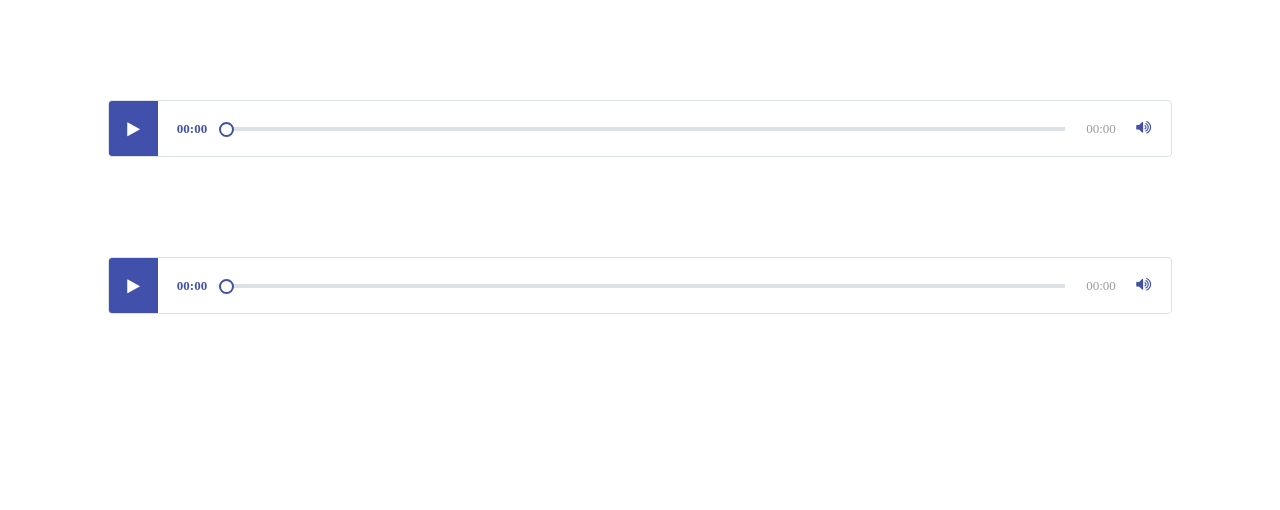
Repository: mitzbarbie/-jQuery-AudioPlayer-plugin
Page: index.html
The author's editor kept a copy of each file at every save. The page is drawn from the files as they stood at one save, then again after the next save.
The browser window is 1280 px wide. The pictures show the whole page.

Above is the page before, as saved 2021-11-26 17:26:31.

### index.html
<!DOCTYPE html>
<html lang="en">
  <head>
    <meta charset="UTF-8" />
    <meta http-equiv="X-UA-Compatible" content="IE=edge" />
    <meta name="viewport" content="width=device-width, initial-scale=1.0" />
    <title>Document</title>
    <link rel="stylesheet" href="style.css" />
    <link
      rel="stylesheet"
      href="https://cdnjs.cloudflare.com/ajax/libs/font-awesome/4.7.0/css/font-awesome.min.css"
    />
    <script
      src="https://code.jquery.com/jquery-3.6.0.min.js"
      integrity="sha256-/xUj+3OJU5yExlq6GSYGSHk7tPXikynS7ogEvDej/m4="
      crossorigin="anonymous"
    ></script>
  </head>
  <body>
    <div class="audio" style="margin: 100px"></div>
    <div class="audio" style="margin: 100px"></div>

    <script>
      $(document).ready(function () {
        $(".audio").audioPlayerUtils({
          songs: ["audioEx1.mp3"],
        });
      });
      $(document).ready(function () {
        $(".audio").audioPlayerUtils({
          songs: ["audioEx1.mp3"],
        });
      });
      $(document).ready(function () {
        $(".audio").audioPlayerUtils({
          songs: ["audioEx1.mp3"],
        });
      });
    </script>

    <script src="audioPlayer.js"></script>
  </body>
</html>

### style.css
.audioPlayer {
  display: flex;
  flex-direction: row;
  box-sizing: border-box;
  width: 100%;
  align-items: center;
  border: 1px solid #dde2e6;
  border-radius: 4px;
  background: #fff;
}

#playPauseBtn {
  display: flex;
  justify-content: center;
  align-items: center;
  width: 49px;
  height: 55px;
  border-radius: 3px 0 0 3px;
  background: #4050ab;
  cursor: pointer;
}

.pausing {
  vertical-align: center;
  background-color: #fff;
  justify-content: center;
  align-items: center;
  width: 45px;
  height: 51px;
  border-radius: 4px 0 0 4px;
  cursor: pointer;
  border: 2px solid #4050ab;
}

.pausing::before {
  display: flex;
  justify-content: center;
  align-items: center;
  margin-top: 17px;
}

.startTime {
  display: flex;
  margin-left: 14px;
  width: 40px;
  justify-content: center;
  font-size: 13px;
  font-weight: 700;
  color: #4050ab;
}

.endTime {
  display: flex;
  width: 40px;
}

#mainBar {
  background: #dde2e6;
  width: 100%;
  height: 4px;
  margin: 15px 15px;
  flex-basis: 0;
  flex-grow: 1;
  position: relative;
  border-radius: px;
  cursor: pointer;
}

#progressBar {
  background: #4050ab;
  height: 4px;
  width: 0px;
  cursor: pointer;
}

#play-head {
  display: flex;
  position: absolute;
  box-sizing: border-box;
  top: -5px;
  left: -8px;
  width: 15px;
  height: 15px;
  background: #fff;
  border: 2px solid #4050ab;
  cursor: pointer;
  border-radius: 50%;
}

.endTime {
  margin-left: 6px;
  margin-right: 10px;
  font-weight: 500;
  font-size: 13px;
  color: #999;
}

#volumeBtn {
  margin-right: 15px;
  margin-bottom: 2px;
  cursor: pointer;
}

#volumeBtn {
  margin-right: 20px;
}

### audioPlayer.js
(function ($, window, document, undefined) {
  $.fn.audioPlayerUtils = function (options) {
    var settings = $.extend({}, options);

    return this.each(function () {
      // developed an initial value of first building on page for HTML DOM init
      var htmlInit =
        '<div class="audioPlayer">\
            <a id="playPauseBtn">\
              <i class="fa fa-play playing" aria-hidden="true" style="color: #fff"></i>\
              <i class="fa fa-pause pausing" aria-hidden="true" style="display: none; color: #4050ab"></i>\
            </a>\
            <div class="startTime">00:00</div>\
            <div id="mainBar">\
              <div id="progressBar">\
                <div id="play-head"></div>\
              </div>\
            </div>\
            <div class="endTime">00:00</div>\
            <a id="volumeBtn">\
              <i class="fa fa-volume-up volume" style="color: #4050ab" aria-hidden="true" ></i>\
              <i class="fa fa-volume-off muting" aria-hidden="true" style="display: none; color: #fd4f1a; margin-right: 8px"></i>\
            </a>\
            <audio id="audioSource" class="audioSource">\
              <source src="" type="audio/mpeg" />\
            </audio>\
          </div>';

      var $this = $(this);
      $this.html(htmlInit);

      var $playPauseBtn = $this.find("#playPauseBtn"),
        $playBtn = $this.find(".playing"),
        $pauseBtn = $this.find(".pausing"),
        $startTime = $this.find(".startTime"),
        $endTime = $this.find(".endTime"),
        $mainBar = $this.find("#mainBar"),
        $progressBar = $this.find("#progressBar"),
        $playHead = $this.find("#play-head"),
        $volumeBtn = $this.find("#volumeBtn"),
        $muteBtn = $this.find(".volume"),
        $unmuteBtn = $this.find(".muting"),
        $audioSource = $this.find("#audioSource")[0];

      $audioSource.src = settings.songs[0];

      var isPlaying = false;
      var audioPlayer, onPlayHead, playerId, mainbar, playHead, timelineWidth;

      playController();
      muteController();
      headBall();

      // Play & Pause Controller / create event using by bind function
      function playController() {
        audioPlayer = $audioSource;
        audioPlayer.addEventListener("timeupdate", progressShow);
        audioPlayer.addEventListener("timeupdate", timeValue);
        $playPauseBtn.bind("click", function (event) {
          if (isPlaying) {
            $audioSource.pause();
            $playBtn.show();
            $pauseBtn.hide();
          } else {
            $audioSource.play();
            $playBtn.hide();
            $pauseBtn.show();
          }

          isPlaying = !isPlaying;
        });
      }

      // Mute & Unmute Controller / create event using by bind function
      function muteController() {
        $volumeBtn.bind("click", function (event) {
          if ($audioSource.muted) {
            $muteBtn.show();
            $unmuteBtn.hide();
          } else {
            $muteBtn.hide();
            $unmuteBtn.show();
          }

          $audioSource.muted = !$audioSource.muted;
        });
      }

      // Calculate current value of time and total value of length
      function calculateCurrentValue(currentTime) {
        var current_hour = parseInt(currentTime / 3600) % 24,
          current_minute = parseInt(currentTime / 60) % 60,
          current_seconds_long = currentTime % 60,
          current_seconds = current_seconds_long.toFixed(),
          current_time =
            (current_minute < 10 ? "0" + current_minute : current_minute) +
            ":" +
            (current_seconds < 10 ? "0" + current_seconds : current_seconds);

        return current_time;
      }

      function calculateTotalValue(length) {
        var minutes = parseInt(Math.floor(length / 60));
        if (isNaN(minutes)) {
          minutes = "00";
        }
        var seconds_int = parseInt(length - minutes * 60);
        if (isNaN(seconds_int)) {
          seconds_int = "00";
        }
        if (seconds_int < 10) {
          seconds_int = "0" + seconds_int;
        }
        var seconds_str = seconds_int.toString();
        var seconds = seconds_str.substr(0, 2);
        var time = minutes + ":" + seconds;

        return time;
      }

      // Calculate the audio live time value (start & end-time)
      function timeValue() {
        var length = audioPlayer.duration;
        var current_time = audioPlayer.currentTime;
        var currentTime = calculateCurrentValue(current_time);
        var totalLength = calculateTotalValue(length);

        $startTime.html(currentTime);
        $endTime.html(totalLength);
      }

      // Calculate the distance of progress-bar duration
      function progressShow() {
        var length = audioPlayer.duration;
        var current_time = audioPlayer.currentTime;
        var progressBar = $progressBar[0];
        var playhead = $playHead[0];
        var width = $mainBar.width();
        var size = width * (current_time / length);

        progressBar.style.width = size + "px";
        playhead.style.marginLeft = width * (current_time / length) + "px";
      }

      // Progress-bar / timeline (loading) & playhead
      function headBall() {
        onPlayHead = null;
        playerId = null;
        mainbar = $mainBar[0];
        progressBar = $progressBar[0];
        timelineWidth = mainbar.clientWidth - progressBar.clientHeight;

        mainbar.addEventListener("click", seek);
        progressBar.addEventListener("mousedown", drag);
        document.addEventListener("mouseup", mouseUp);
      }

      function seek(event) {
        var player = $audioSource;

        player.currentTime =
          player.duration * clickPercent(event, mainbar, timelineWidth);
      }

      function clickPercent(event, mainbar, timelineWidth) {
        return (event.clientX - getPosition(mainbar)) / timelineWidth;
      }

      function getPosition(el) {
        return el.getBoundingClientRect().left;
      }

      // Drag and drag options
      function drag(e) {
        var player = document.getElementById(playerId);
        audioPlayer.addEventListener("timeupdate", progressShow);
        audioPlayer.addEventListener("timeupdate", timeValue);
        onPlayHead = $(this).attr("id");
        playerId = $(this).find("audio").attr("class", "id");
        window.addEventListener("mousemove", dragOpts);
        player.addEventListener("timeupdate", timeUpdate);
      }

      function dragOpts(e) {
        var playHead = $playHead[0];
        var progressBar = $progressBar[0];
        var newMargLeft = e.clientX - getPosition(mainbar);

        if (newMargLeft >= 0 && newMargLeft <= timelineWidth) {
          playHead.style.marginLeft = newMargLeft + "px";
          progressBar.style.width = newMargLeft + "px";
        }
        if (newMargLeft < 0) {
          playHead.style.marginLeft = "0px";
          progressBar.style.width = "0px";
        }
        if (newMargLeft > timelineWidth) {
          playHead.style.marginLeft = timelineWidth + "px";
          progressBar.style.width = timelineWidth + "px";
        }
      }

      // Click (mouse-up & down) on progress-bar
      function mouseUp(e) {
        if (onPlayHead != null) {
          var player = document.getElementById(playerId);
          window.removeEventListener("mousemove", dragOpts);
          player.currentTime =
            player.duration * clickPercent(e, mainbar, timelineWidth);
          audioPlayer.addEventListener("timeupdate", progressShow);
          audioPlayer.addEventListener("timeupdate", timeValue);

          player.addEventListener("timeupdate", timeUpdate);
        }
        onPlayHead = null;
      }

      // Time update after/before drag or click event
      function timeUpdate() {
        var audioSource = document.getElementById(onPlayHead);
        var player = document.getElementById(playerId);
        var playPercent =
          timelineWidth * (player.currentTime / player.duration);
        audioSource.style.marginLeft = playPercent + "px";

        if (player.currentTime == player.duration) {
          player.pause();
        }
      }
    });
  };
})(jQuery, window, document);

After the next save:
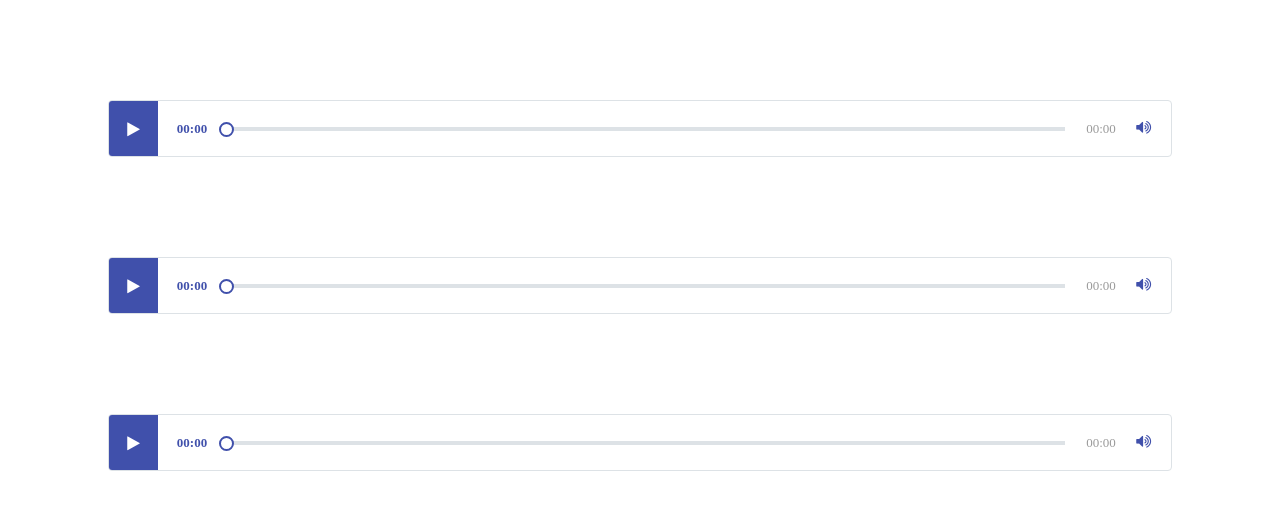
Saved 69 s later.
--- a/index.html
+++ b/index.html
@@ -17,23 +17,22 @@
     ></script>
   </head>
   <body>
-    <div class="audio" style="margin: 100px"></div>
-    <div class="audio" style="margin: 100px"></div>
+    <div class="audio" data-audio="audioEx3.mp3" style="margin: 100px"></div>
+    <div class="audio2" style="margin: 100px"></div>
+    <div class="audio3" style="margin: 100px"></div>
 
     <script>
       $(document).ready(function () {
         $(".audio").audioPlayerUtils({
           songs: ["audioEx1.mp3"],
         });
-      });
-      $(document).ready(function () {
-        $(".audio").audioPlayerUtils({
-          songs: ["audioEx1.mp3"],
+
+        $(".audio2").audioPlayerUtils({
+          songs: ["audioEx2.mp3"],
         });
-      });
-      $(document).ready(function () {
-        $(".audio").audioPlayerUtils({
-          songs: ["audioEx1.mp3"],
+
+        $(".audio3").audioPlayerUtils({
+          songs: ["audioEx3.mp3"],
         });
       });
     </script>
